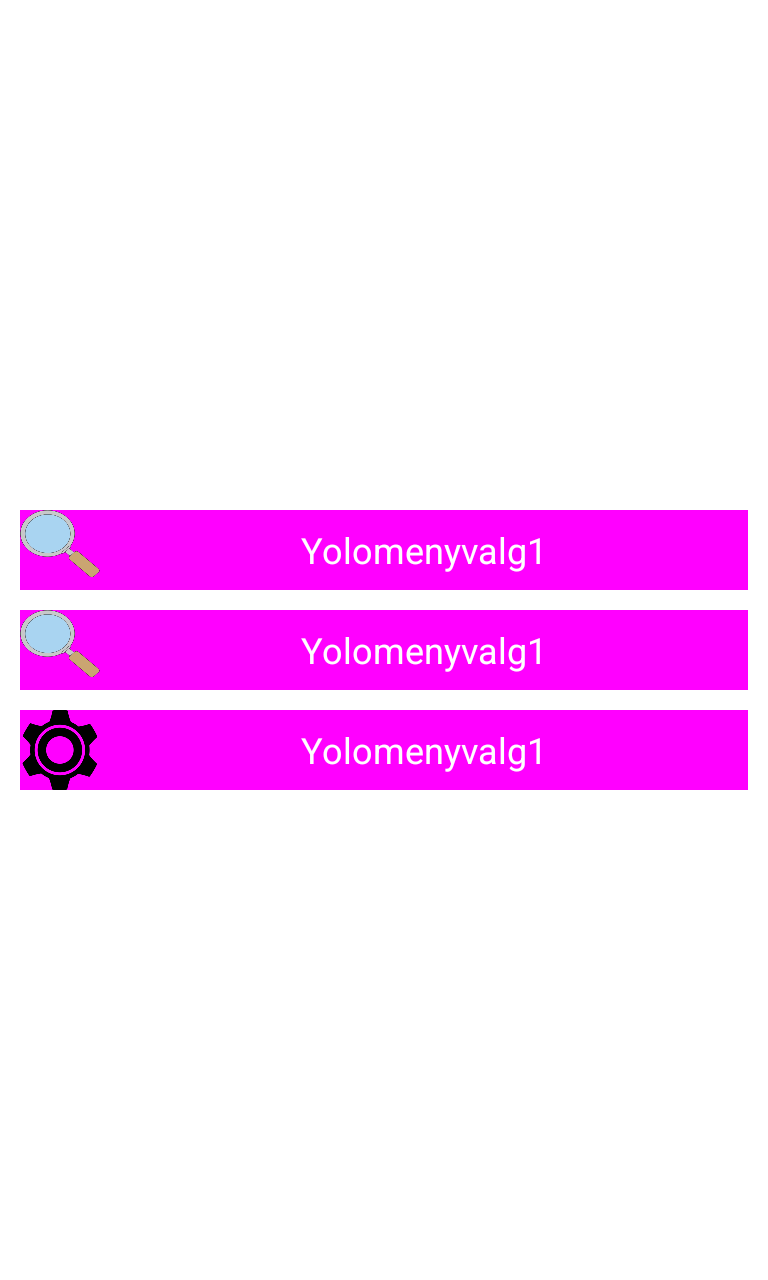
Repository: pumalove/workspace
Layout: MainActivity/res/layout/gridview.xml
An editor plug-in stored every save of this project. The layout is shown before and after the next save, followed by the edit.
It is drawn on a 768 x 1280 px phone screen (xhdpi) without system bars, with theme AppTheme; the app's code is not run. Lists and similar views that code fills are empty.

Above is the layout before, as saved 2014-03-18 10:39:20.

### MainActivity/res/layout/gridview.xml
<?xml version="1.0" encoding="utf-8"?>
<LinearLayout xmlns:android="http://schemas.android.com/apk/res/android"
    android:layout_width="match_parent"
    android:layout_height="wrap_content"
    android:orientation="vertical"
    android:padding="10dp">

    <LinearLayout
        android:layout_marginBottom="20dp"
        android:layout_width="fill_parent"
        android:layout_height="wrap_content">

        <GridView
            android:id="@+id/gridview"
            android:layout_width="fill_parent"
            android:layout_height="225dp"
            android:columnWidth="90dp"
            android:numColumns="auto_fit"
            android:verticalSpacing="5dp"
            android:horizontalSpacing="5dp"
            android:stretchMode="columnWidth"
            android:gravity="center"
            />
	</LinearLayout>


    <LinearLayout
        android:id="@+id/linearlayout2"
        android:layout_width="fill_parent"
        android:layout_height="wrap_content"
        android:layout_gravity="center"
        android:orientation="vertical"
        android:layout_below="@id/gridview">

        <LinearLayout
            android:id="@+id/customButton1"
            android:layout_width="fill_parent"
            android:layout_height="wrap_content"
            android:layout_marginBottom="10dp"
            android:orientation="horizontal"
            android:clickable="true"
            android:focusable="true"
            android:background="@drawable/custom_buttons"
            >

            <ImageView
                android:id="@+id/imageView1"
                android:layout_width="40dp"
                android:layout_height="40dp"
                android:scaleType="centerCrop"
                android:src="@drawable/sample_0" />

			<LinearLayout
			    android:layout_width="fill_parent"
            	android:layout_height="wrap_content"
            	android:gravity="center"
            	android:layout_gravity="center" >
            	<TextView
                	android:layout_width="wrap_content"
                	android:layout_height="wrap_content"
                	android:layout_gravity="center"
                	android:text="Yolomenyvalg1"
                	android:textColor="#FFFFFF"
                	android:textSize="18dp"/>
			</LinearLayout>
		</LinearLayout>


        <LinearLayout
            android:id="@+id/customButton2"
            android:layout_width="fill_parent"
            android:layout_height="wrap_content"
            android:layout_marginBottom="10dp"
            android:orientation="horizontal"
            android:gravity="center"
            android:clickable="true"
            android:focusable="true"
            android:background="@drawable/custom_buttons"
            >

            <ImageView
                android:id="@+id/imageView2"
                android:layout_width="40dp"
                android:layout_height="40dp"
                android:scaleType="centerCrop"
                android:src="@drawable/sample_0" />

           <LinearLayout
			    android:layout_width="fill_parent"
            	android:layout_height="wrap_content"
            	android:gravity="center"
            	android:layout_gravity="center" >
            	<TextView
                	android:layout_width="wrap_content"
                	android:layout_height="wrap_content"
                	android:layout_gravity="center"
                	android:text="Yolomenyvalg1"
                	android:textColor="#FFFFFF"
                	android:textSize="18dp"/>
			</LinearLayout>

        </LinearLayout>

        <LinearLayout
            android:id="@+id/customButton3"
            android:layout_width="fill_parent"
            android:layout_height="wrap_content"
            android:layout_marginBottom="10dp"
            android:orientation="horizontal"
            android:gravity="center"
            android:clickable="true"
            android:focusable="true"
            android:background="@drawable/custom_buttons"
            >

            <ImageView
                android:id="@+id/imageView3"
                android:layout_width="40dp"
                android:layout_height="40dp"
                android:scaleType="centerCrop"
                android:src="@drawable/settings" />

            <LinearLayout
			    android:layout_width="fill_parent"
            	android:layout_height="wrap_content"
            	android:gravity="center"
            	android:layout_gravity="center" >
            	<TextView
                	android:layout_width="wrap_content"
                	android:layout_height="wrap_content"
                	android:layout_gravity="center"
                	android:text="Yolomenyvalg1"
                	android:textColor="#FFFFFF"
                	android:textSize="18dp"/>
			</LinearLayout>

        </LinearLayout>
    </LinearLayout>



</LinearLayout>

### MainActivity/res/values/styles.xml
<resources xmlns:android="http://schemas.android.com/apk/res/android">

    <!--
        Base application theme, dependent on API level. This theme is replaced
        by AppBaseTheme from res/values-vXX/styles.xml on newer devices.
    -->
    <style name="AppBaseTheme" parent="android:Theme.Light">
        <!--
            Theme customizations available in newer API levels can go in
            res/values-vXX/styles.xml, while customizations related to
            backward-compatibility can go here.
        -->
    </style>

    <!-- Application theme. -->
    <style name="AppTheme" parent="AppBaseTheme">
        <!-- All customizations that are NOT specific to a particular API-level can go here. -->
    </style>

</resources>

### MainActivity/res/values-v11/styles.xml
<resources>

    <!--
        Base application theme for API 11+. This theme completely replaces
        AppBaseTheme from res/values/styles.xml on API 11+ devices.
    -->
    <style name="AppBaseTheme" parent="android:Theme.Holo.Light">
        <!-- API 11 theme customizations can go here. -->
    </style>

</resources>

### MainActivity/res/drawable/custom_buttons.xml
<?xml version="1.0" encoding="utf-8"?>
<selector xmlns:android="http://schemas.android.com/apk/res/android">

  <item android:state_pressed="true" >
    <shape>
      <solid android:color="#FF0000" />
    </shape>
  </item>

  <item android:state_focused="true" >
    <shape>
      <solid android:color="#DDDDDD" />
    </shape>
  </item>

  <item>
    <shape>
      <solid android:color="#FF00FF" />
    </shape>
  </item>

</selector>

After the next save:
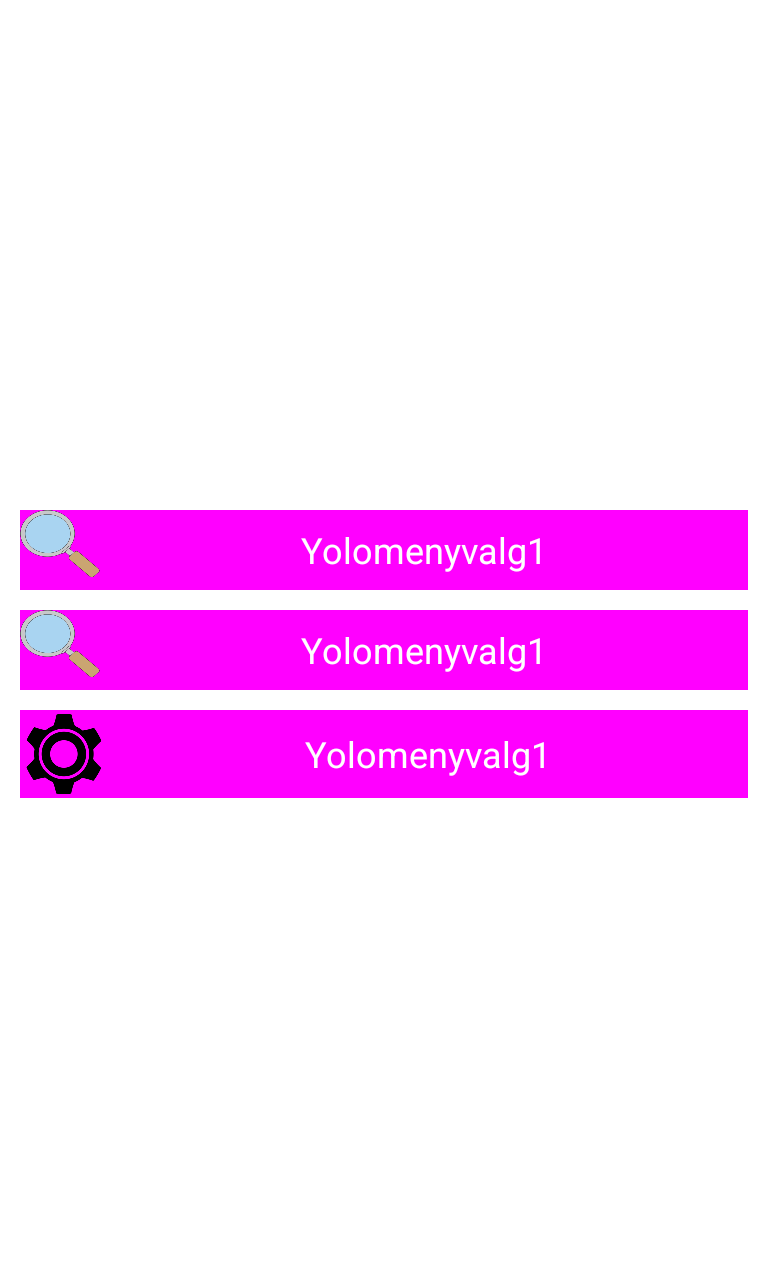
Saved 82 s later.
--- a/MainActivity/res/layout/gridview.xml
+++ b/MainActivity/res/layout/gridview.xml
@@ -118,7 +118,8 @@
                 android:layout_width="40dp"
                 android:layout_height="40dp"
                 android:scaleType="centerCrop"
-                android:src="@drawable/settings" />
+                android:src="@drawable/settings"
+                android:layout_margin="2dp" />
 
             <LinearLayout
 			    android:layout_width="fill_parent"
